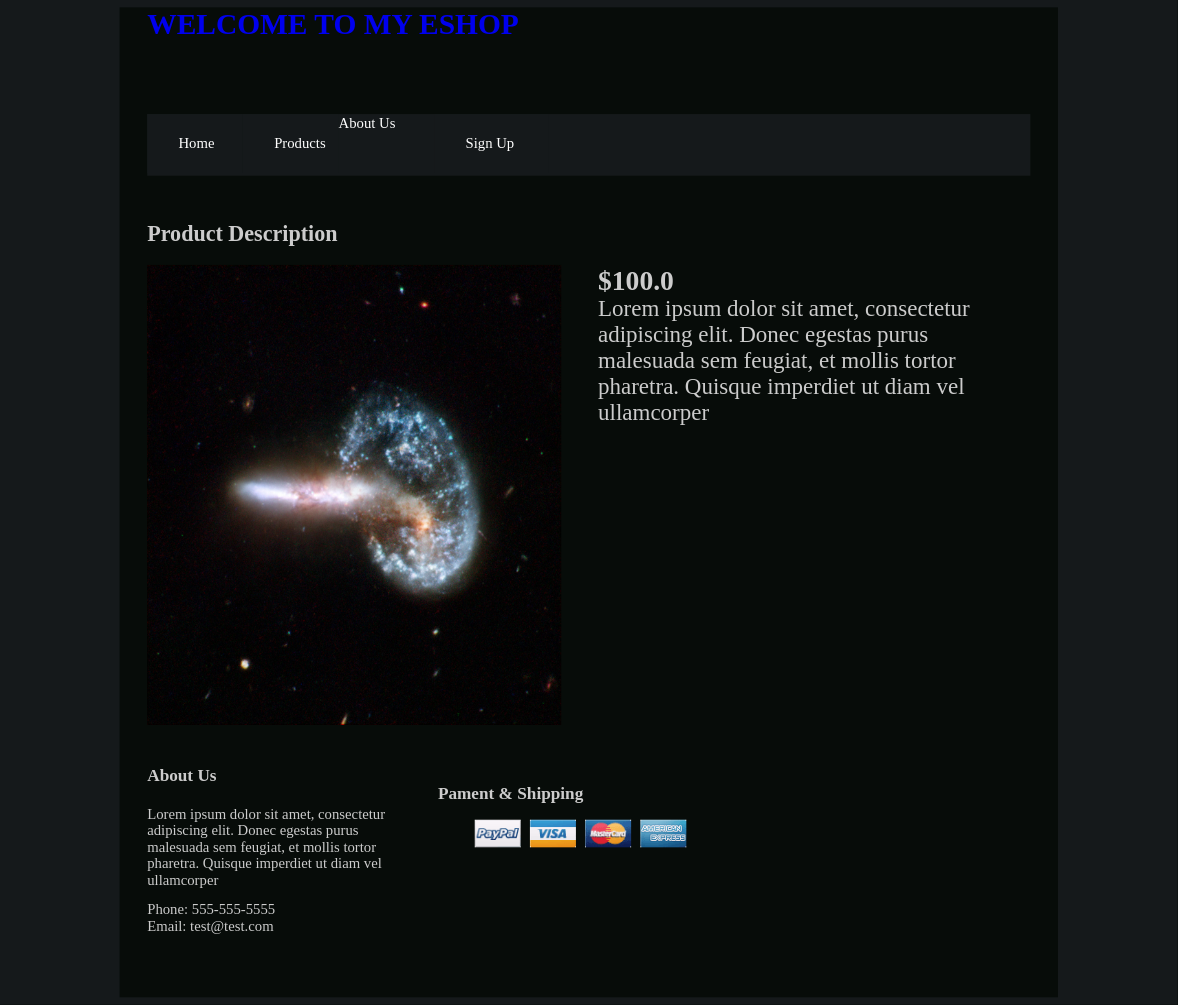
Repository: smugfox/ecommerce_project
Page: galaxy_product_description.html
The author's editor kept a record of every edit. The page is drawn from the files as they stood at one moment, then again after the next edit.
The browser window is 1280 px wide. The pictures show the whole page, at 92% of full size.

Above is the page before.

After the next edit:
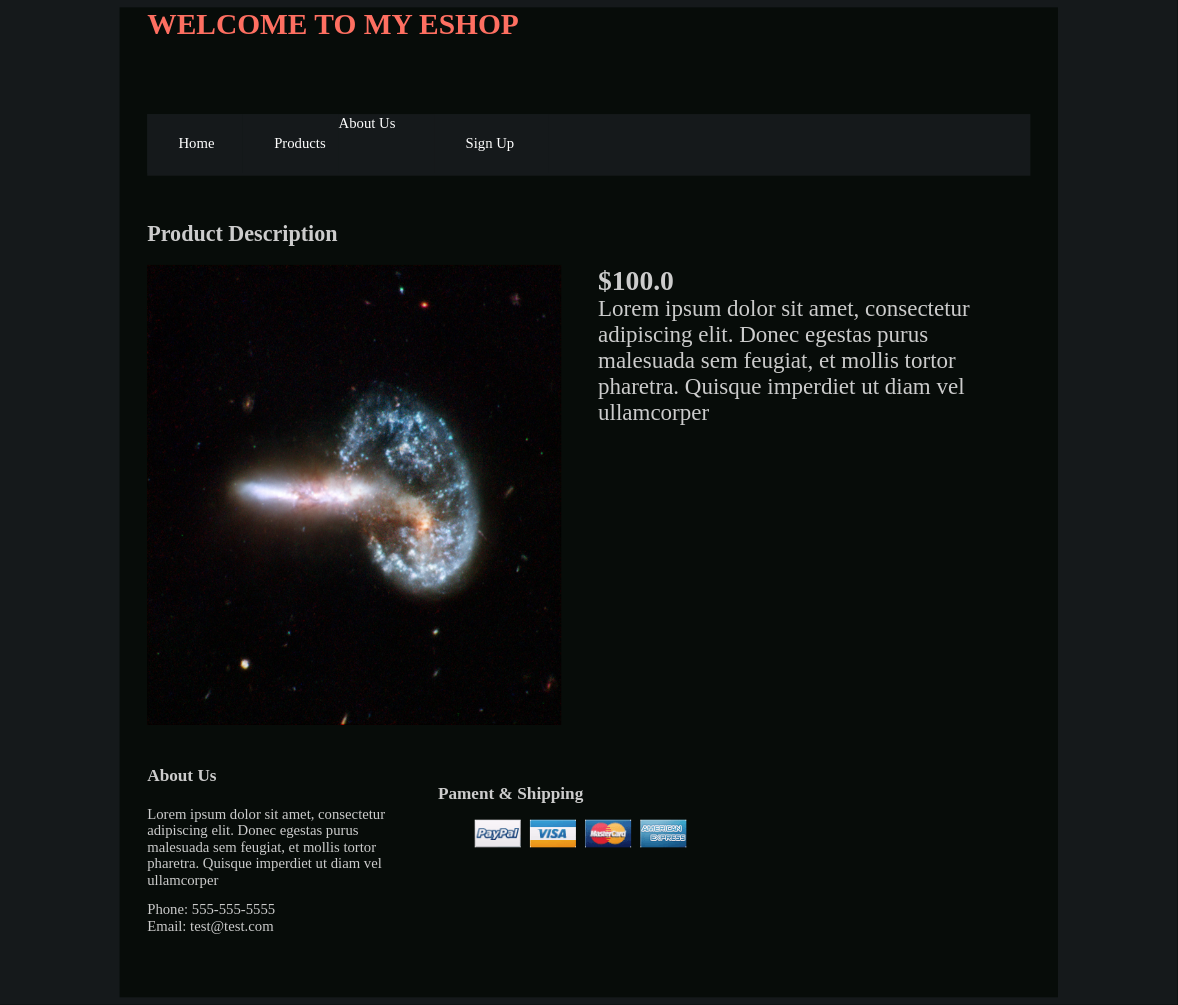
The edit:
--- a/css/galaxy_product_description.css
+++ b/css/galaxy_product_description.css
@@ -10,6 +10,7 @@
 
 a {
     text-decoration:none;
+    color:#fe6f61;
 }
 
 a:visited {
